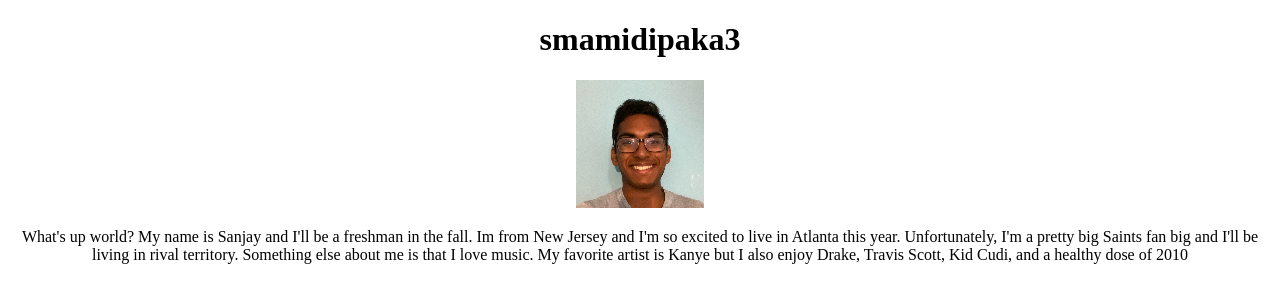
Repository: sanjayMamidipaka/cs1301
Page: lab01/index.html
These files come from the project's save history. The page is drawn as it stood at one moment and after the next save; the edit follows.
The browser window is 1280 px wide. The pictures show the whole page.

Above is the page before, as saved 2021-07-22 15:56:48.

### lab01/index.html
<!DOCTYPE html>

<head>
    <link rel="stylesheet" href="style.css">
  </head>

  <div class = "h1">
    <h1>smamidipaka3</h1>

    <img src="image.png" alt="My Picture">
    <p>
        What's up world? My name is Sanjay and I'll be a freshman in the fall. Im from New Jersey and I'm so excited to live in Atlanta this year.
        Unfortunately, I'm a pretty big Saints fan big and I'll be living in rival territory. Something else about me is that I love music. My favorite artist is Kanye but
        I also enjoy Drake, Travis Scott, Kid Cudi, and a healthy dose of 2010
    </p>
  </div>

### lab01/style.css
.h1 {
    text-align: center
}

After the next save:
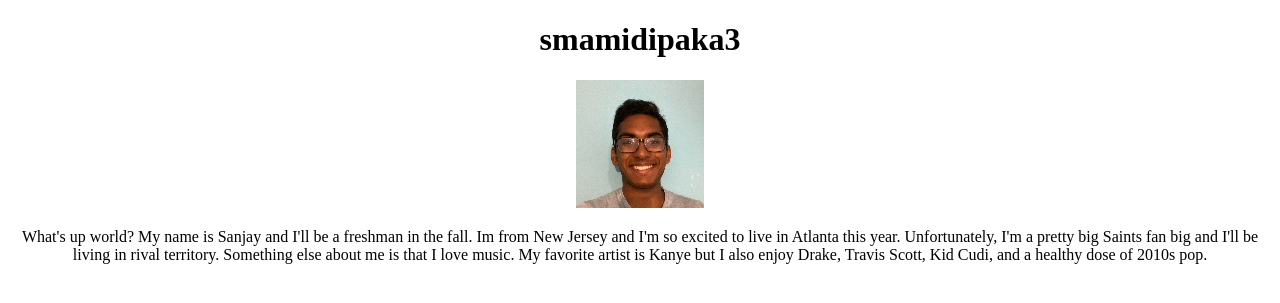
Saved 4 s later.
--- a/lab01/index.html
+++ b/lab01/index.html
@@ -11,6 +11,6 @@
     <p>
         What's up world? My name is Sanjay and I'll be a freshman in the fall. Im from New Jersey and I'm so excited to live in Atlanta this year.
         Unfortunately, I'm a pretty big Saints fan big and I'll be living in rival territory. Something else about me is that I love music. My favorite artist is Kanye but
-        I also enjoy Drake, Travis Scott, Kid Cudi, and a healthy dose of 2010
+        I also enjoy Drake, Travis Scott, Kid Cudi, and a healthy dose of 2010s pop.
     </p>
   </div>
